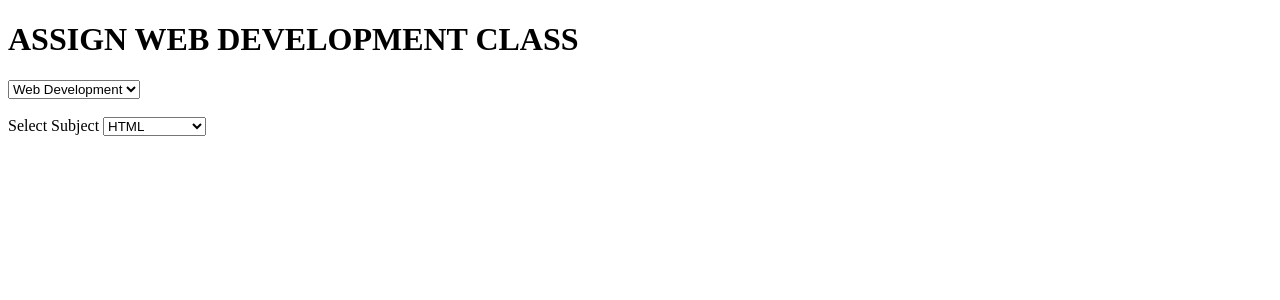
Repository: PrassanAchhaiyya/LearnersAcademy
Page: LearnersAcademy/src/main/webapp/Web.html
These files come from the project's save history. The page is drawn as it stood at one moment and after the next save; the edit follows.
The browser window is 1280 px wide. The pictures show the whole page.

Above is the page before, as saved 2022-04-27 18:39:54.

### LearnersAcademy/src/main/webapp/Web.html
<!DOCTYPE html>
<html>
<head>
<meta charset="ISO-8859-1">
<title>Insert title here</title>
</head>
<body>
<h1>ASSIGN WEB DEVELOPMENT CLASS</h1>
<form action="update-teacher-table" method="post">
	<select name="class">
			<option value="1">Web Development</option>
		</select>
	<br><br>Select Subject
	<select name="subject">
			<option value="1">HTML</option>
			<option value="2">CSS</option>
			<option value="3">JAVASCRIPT</option>
		</select>
</form>
</body>
</html>

After the next save:
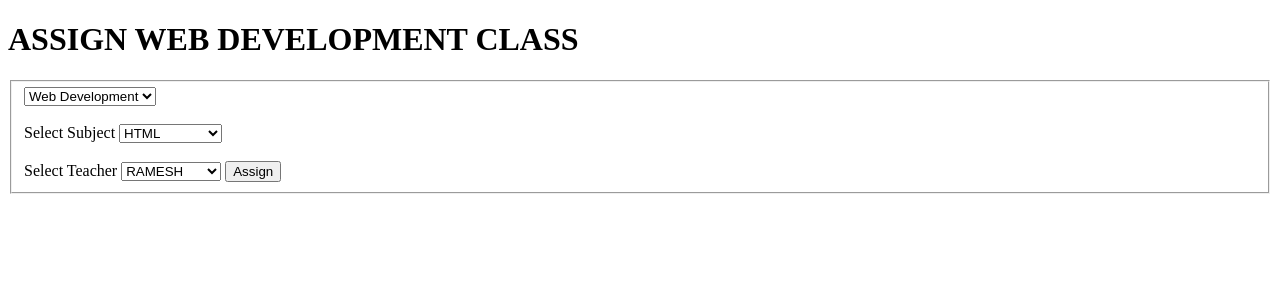
Saved 3 s later.
--- a/LearnersAcademy/src/main/webapp/Web.html
+++ b/LearnersAcademy/src/main/webapp/Web.html
@@ -7,15 +7,26 @@
 <body>
 <h1>ASSIGN WEB DEVELOPMENT CLASS</h1>
 <form action="update-teacher-table" method="post">
+<fieldset>
 	<select name="class">
 			<option value="1">Web Development</option>
 		</select>
 	<br><br>Select Subject
 	<select name="subject">
-			<option value="1">HTML</option>
-			<option value="2">CSS</option>
-			<option value="3">JAVASCRIPT</option>
+			<option value="2">HTML</option>
+			<option value="4">CSS</option>
+			<option value="5">JAVASCRIPT</option>
 		</select>
+	<br><br>Select Teacher
+	<select name="teacher">
+			<option value="3">RAMESH</option>
+			<option value="6">MEGANADH</option>
+			<option value="9">GURURAJ</option>
+			<option value="12">VIGNESH</option>
+			<option value="15">NAVYA</option>
+	</select>
+	<input type="submit" value="Assign">
+</fieldset>
 </form>
 </body>
 </html>
